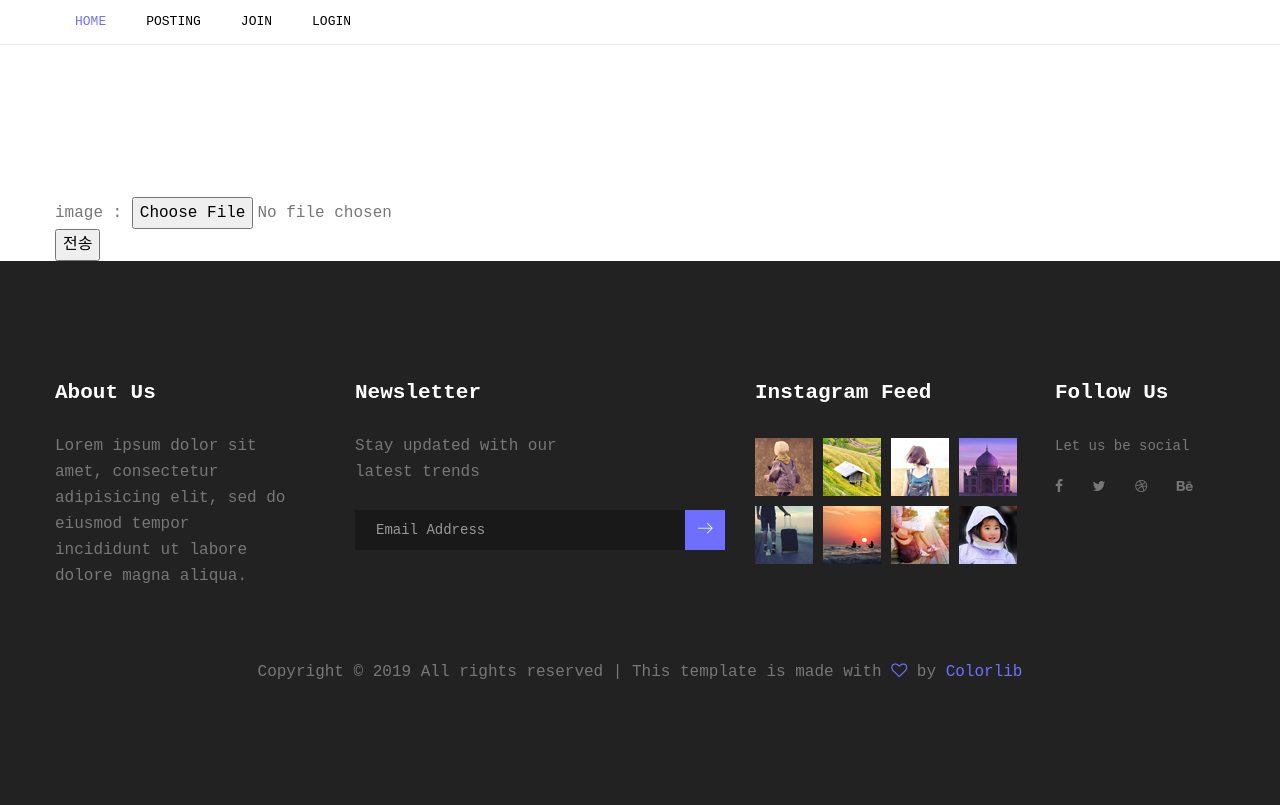
Repository: cwj2306/blog_project_2
Page: http://localhost/blog/user/userProfileForm.jsp
An editor plug-in stored every save of this project. The page is shown before and after the next save, followed by the edit.
The browser window is 1280 px wide. The pictures show the whole page.
Some web fonts or font styles are not loaded; a fallback is used. The page is served by Tomcat 9. Other server files are loaded and not shown.

Above is the page before, as saved 2019-11-12 04:42:28.

### blog/WebContent/user/userProfileForm.jsp
<%@ page language="java" contentType="text/html; charset=UTF-8" pageEncoding="UTF-8"%>
<%@ include file="/include/nav.jsp"%>

<section class="contact_area">
	<div class="container">
		<div class="row">
			<div class="col-lg-12">
				<!--
				<form class="row contact_form" action="/blog/user?cmd=update" method="post" onsubmit="return validateCheck()">
					<input type="hidden" name="id" value="${sessionScope.user.id}">

					<div class="col-md-12">
						<div class="form-group">
							<input type="text" class="form-control" value="${sessionScope.user.username}" name="username" placeholder="아이디" readonly="readonly">
						</div>
					</div>

					<div class="col-md-12">
						<div class="form-group">
							<input type="password" class="form-control" id="password" name="password" placeholder="비밀번호" required="required" maxlength="20">
						</div>
					</div>

					<div class="col-md-12">
						<div class="form-group">
							<input type="password" class="form-control" id="passwordCheck" name="passwordCheck" placeholder="비밀번호 확인" required="required" maxlength="20">
						</div>
					</div>

					<div class="col-md-12">
						<div class="form-group">
							<input type="email" class="form-control" value="${sessionScope.user.email}" name="email" placeholder="이메일" maxlength="40" readonly="readonly">
						</div>
					</div>

					<div class="col-md-12">
						<div class="form-group float-right">
							<a style="cursor:pointer;" class="blog_btn" href="#" onclick="goPopup()">주소 찾기</a>
						</div>
					</div>

					<div class="col-md-12">
						<div class="form-group">
							<input type="text" class="form-control" value="${sessionScope.user.address}"name="address" id="roadFullAddr" placeholder="도로명 주소" required="required" readonly="readonly">
						</div>
					</div>

					<div class="col-md-12 text-right">
						<button type="submit" value="submit" class="btn submit_btn">Save</button>
					</div>
					-->

				<div>
					<img id="img__wrap" />
				</div>

				<!-- enctype는 mime타입에서 찾아봐서 써주자 -->
				<form action="/blog/user?cmd=uploadProfileImg" method="POST" enctype="multipart/form-data">
					<input type="hidden" name="userId" value="${sessionScope.user.id}"/><br />
					image : <input id="img__input" type="file" name="userProfile" /><br />
					<input type="submit" value="전송" />
				</form>

				<script src="/blog/js/jquery-3.2.1.min.js"></script>
				<script>
					$("#img__input").on("change", handleImgFile);

					function handleImgFile(e) {

						var f = e.target.files[0];

						if (f.type.match("image.*")) {
							var reader = new FileReader();

							reader.onload = function(e) {
								console.log(e.target.result);
								$("#img__wrap").attr("src", e.target.result);
							}

							reader.readAsDataURL(f);
						} else {
							alert("이미지 파일이 아닙니다.");
							$("#img__wrap").attr("src", "");
						}

					}
				</script>

				</form>

			</div>
		</div>
	</div>
</section>

<%@ include file="/include/footer.jsp"%>

### blog/WebContent/include/nav.jsp
<%@ page language="java" contentType="text/html; charset=UTF-8" pageEncoding="UTF-8"%>
<%@ taglib prefix="c" uri="http://java.sun.com/jsp/jstl/core" %>

<!doctype html>
<html lang="en">
    <head>
        <!-- Required meta tags -->
        <meta charset="utf-8">
        <meta name="viewport" content="width=device-width, initial-scale=1, shrink-to-fit=no">
        <link rel="icon" href="/blog/img/favicon.png" type="image/png">
        <title>Opium Blog</title>
        <!-- Bootstrap CSS -->
        <link rel="stylesheet" href="/blog/css/bootstrap.css">
        <link rel="stylesheet" href="/blog/vendors/linericon/style.css">
        <link rel="stylesheet" href="/blog/css/font-awesome.min.css">
        <link rel="stylesheet" href="/blog/vendors/owl-carousel/owl.carousel.min.css">
        <link rel="stylesheet" href="/blog/vendors/lightbox/simpleLightbox.css">
        <link rel="stylesheet" href="/blog/vendors/nice-select/css/nice-select.css">
        <link rel="stylesheet" href="/blog/vendors/animate-css/animate.css">
        <link rel="stylesheet" href="/blog/vendors/jquery-ui/jquery-ui.css">
        <!-- main css -->
        <link rel="stylesheet" href="/blog/css/style.css">
        <link rel="stylesheet" href="/blog/css/responsive.css">
    </head>
    <body>

        <!--================Header Menu Area =================-->
        <header class="header_area">
			<div class="main_menu">
				<nav class="navbar navbar-expand-lg navbar-light">
					<div class="container box_1620">
						<!-- Brand and toggle get grouped for better mobile display -->
						<a class="navbar-brand logo_h" href="#"><img src="/blog/img/logo.png" alt=""></a>
						<button class="navbar-toggler" type="button" data-toggle="collapse" data-target="#navbarSupportedContent" aria-controls="navbarSupportedContent" aria-expanded="false" aria-label="Toggle navigation">
							<span class="icon-bar"></span>
							<span class="icon-bar"></span>
							<span class="icon-bar"></span>
						</button>

						<!-- Collect the nav links, forms, and other content for toggling -->
						<div class="collapse navbar-collapse offset" id="navbarSupportedContent">
							<ul class="nav navbar-nav menu_nav">
								<li class="nav-item active"><a class="nav-link" href="/blog/index.jsp">Home</a></li>
								<li class="nav-item"><a class="nav-link" href="/blog/board/write.jsp">Posting</a></li>

								<c:choose>
									<c:when test="${empty sessionScope.user}">
										<li class="nav-item"><a class="nav-link" href="/blog/user/join.jsp">Join</a></li>
										<li class="nav-item"><a class="nav-link" href="/blog/user/login.jsp">Login</a></li>
									</c:when>
									<c:otherwise>
										<li class="nav-item"><a class="nav-link" href="/blog/user/update.jsp">Profile</a></li>
										<li class="nav-item"><a class="nav-link" href="/blog/user?cmd=logout">Logout</a></li>
									</c:otherwise>
								</c:choose>

							</ul>
							<ul class="nav navbar-nav navbar-right header_social ml-auto">
								<!--
								<li class="nav-item"><a href="#"><i class="fa fa-facebook"></i></a></li>
								<li class="nav-item"><a href="#"><i class="fa fa-twitter"></i></a></li>
								<li class="nav-item"><a href="#"><i class="fa fa-dribbble"></i></a></li>
								<li class="nav-item"><a href="#"><i class="fa fa-behance"></i></a></li>
								 -->
								 <c:if test="${not empty sessionScope.user}">
								 	<a href="/blog/user/userProfileForm.jsp"><img src = "${sessionScope.user.userProfile}" width="40px" height="40px" style="border-radius: 50%;"/></a>
								 </c:if>

							</ul>
						</div>
					</div>
				</nav>
			</div>
        </header>
        <!--================Header Menu Area =================-->

### blog/WebContent/include/footer.jsp
<%@ page language="java" contentType="text/html; charset=UTF-8" pageEncoding="UTF-8"%>
<!--================ start footer Area  =================-->
<footer class="footer-area p_120">
	<div class="container">
		<div class="row">
			<div class="col-lg-3  col-md-6 col-sm-6">
				<div class="single-footer-widget">
					<h6 class="footer_title">About Us</h6>
					<p>Lorem ipsum dolor sit amet, consectetur adipisicing elit, sed do eiusmod tempor incididunt ut labore dolore magna aliqua.</p>
				</div>
			</div>
			<div class="col-lg-4 col-md-6 col-sm-6">
				<div class="single-footer-widget">
					<h6 class="footer_title">Newsletter</h6>
					<p>Stay updated with our latest trends</p>
					<div id="mc_embed_signup">
						<form target="_blank" action="https://spondonit.us12.list-manage.com/subscribe/post?u=1462626880ade1ac87bd9c93a&amp;id=92a4423d01" method="get" class="subscribe_form relative">
							<div class="input-group d-flex flex-row">
								<input name="EMAIL" placeholder="Email Address" onfocus="this.placeholder = ''" onblur="this.placeholder = 'Email Address '" required="" type="email">
								<button class="btn sub-btn">
									<span class="lnr lnr-arrow-right"></span>
								</button>
							</div>
							<div class="mt-10 info"></div>
						</form>
					</div>
				</div>
			</div>
			<div class="col-lg-3 col-md-6 col-sm-6">
				<div class="single-footer-widget instafeed">
					<h6 class="footer_title">Instagram Feed</h6>
					<ul class="list instafeed d-flex flex-wrap">
						<li><img src="/blog/img/instagram/Image-01.jpg" alt=""></li>
						<li><img src="/blog/img/instagram/Image-02.jpg" alt=""></li>
						<li><img src="/blog/img/instagram/Image-03.jpg" alt=""></li>
						<li><img src="/blog/img/instagram/Image-04.jpg" alt=""></li>
						<li><img src="/blog/img/instagram/Image-05.jpg" alt=""></li>
						<li><img src="/blog/img/instagram/Image-06.jpg" alt=""></li>
						<li><img src="/blog/img/instagram/Image-07.jpg" alt=""></li>
						<li><img src="/blog/img/instagram/Image-08.jpg" alt=""></li>
					</ul>
				</div>
			</div>
			<div class="col-lg-2 col-md-6 col-sm-6">
				<div class="single-footer-widget f_social_wd">
					<h6 class="footer_title">Follow Us</h6>
					<p>Let us be social</p>
					<div class="f_social">
						<a href="#"><i class="fa fa-facebook"></i></a>
						<a href="#"><i class="fa fa-twitter"></i></a>
						<a href="#"><i class="fa fa-dribbble"></i></a>
						<a href="#"><i class="fa fa-behance"></i></a>
					</div>
				</div>
			</div>
		</div>
		<div class="row footer-bottom d-flex justify-content-between align-items-center">
			<p class="col-lg-12 footer-text text-center">
				<!-- Link back to Colorlib can't be removed. Template is licensed under CC BY 3.0. -->
				Copyright &copy;
				<script>document.write(new Date().getFullYear());</script>
				All rights reserved | This template is made with <i class="fa fa-heart-o" aria-hidden="true"></i> by <a href="https://colorlib.com" target="_blank">Colorlib</a>
				<!-- Link back to Colorlib can't be removed. Template is licensed under CC BY 3.0. -->
			</p>
		</div>
	</div>
</footer>
<!--================ End footer Area  =================-->




<!-- Optional JavaScript -->
<!-- jQuery first, then Popper.js, then Bootstrap JS -->
<script src="/blog/js/jquery-3.2.1.min.js"></script>
<script src="/blog/js/popper.js"></script>
<script src="/blog/js/bootstrap.min.js"></script>
<script src="/blog/js/stellar.js"></script>
<script src="/blog/vendors/lightbox/simpleLightbox.min.js"></script>
<script src="/blog/vendors/nice-select/js/jquery.nice-select.min.js"></script>
<script src="/blog/vendors/isotope/imagesloaded.pkgd.min.js"></script>
<script src="/blog/vendors/isotope/isotope-min.js"></script>
<script src="/blog/vendors/owl-carousel/owl.carousel.min.js"></script>
<script src="/blog/vendors/jquery-ui/jquery-ui.js"></script>
<script src="/blog/js/jquery.ajaxchimp.min.js"></script>
<script src="/blog/js/mail-script.js"></script>
<script src="/blog/js/theme.js"></script>

</body>
</html>

### blog/WebContent/css/responsive.css
@media (max-width:1619px){
	/* Main Menu Area css
	============================================================================================ */
   .header_area .navbar .search {
		margin-left: 40px;
	}
	/* End Main Menu Area css
	============================================================================================ */
	.home_banner_area .blog_text_slider .owl-prev, .home_banner_area .blog_text_slider .owl-next {
		right: 0px;
		font-size: 30px;
	}
}
@media (max-width:1199px){
	/* Main Menu Area css
	============================================================================================ */
	.header_area + section, .header_area + div {
		margin-top: 143px;
	}
	.top_menu .container{
		display: block;
	}
	/* End Main Menu Area css
	============================================================================================ */
	/* Home Banner Area css
	============================================================================================ */
	.home_banner_area {
		min-height: 700px;
	}
	/* End Home Banner Area css
	============================================================================================ */
	.home_banner_area {
		background-size: cover;
	}
	.blog_text {
		padding: 65px 65px 65px 65px;
	}
	.banner_area {
		background-size: cover;
	}
	.blog_style1 .blog_text {
		padding-left: 15px;
		padding-right: 15px;
		padding-top: 0px;
		padding-bottom: 0px;
	}
}

@media (max-width:991px){
	/* Main Menu Area css
	============================================================================================ */
	.logo_part {
		display: none;
	}
    .navbar-toggler {
        border: none;
        border-radius: 0px;
        padding: 0px;
        cursor: pointer;
        margin-top: 27px;
        margin-bottom: 23px;
		float: right;
    }
	.header_area .navbar {
		background: #fff;
	}
    .navbar-toggler[aria-expanded="false"] span:nth-child(2) {
		opacity: 1;
	}
	.navbar-toggler[aria-expanded="true"] span:nth-child(2) {
		opacity: 0;
	}
	.navbar-toggler[aria-expanded="true"] span:first-child {
		transform: rotate(-45deg);
		position: relative;
		top: 7.5px;
	}
	.navbar-toggler[aria-expanded="true"] span:last-child {
		transform: rotate(45deg);
		bottom: 6px;
		position: relative;
	}
	.navbar-toggler span{
		display: block;
		width: 25px;
		height: 3px;
		background: #000;
		margin: auto;
		margin-bottom: 4px;
		transition: all 400ms linear;
		cursor: pointer;
	}
    .navbar .container{
        padding-left: 15px;
        padding-right: 15px;
    }
    .nav{
        padding: 0px 0px;
    }
	.header_area + section, .header_area + row, .header_area + div {
		margin-top: 117px;
	}
    .header_top .nav{
        padding: 0px;
    }
    .header_area .navbar .nav .nav-item .nav-link{
        line-height: 40px;
        margin-right: 0px;
        display: block;
		border-bottom: 1px solid #ededed33;
		border-radius: 0px;
    }
    .header_area .navbar .search{
        margin-left: 0px;
    }
	.header_area .navbar-collapse{
		max-height: 340px;
		overflow-y: scroll;
	}
	.header_area .navbar .nav .nav-item.submenu ul .nav-item .nav-link {
		padding: 0px 15px;
	}
	.header_area .navbar .nav .nav-item {
		margin-right: 0px;
	}
	.header_area + section, .header_area + row, .header_area + div {
		margin-top: 71px;
	}
	.main_menu .navbar .container_inner {
		display: block;
	}
	.main_menu .navbar .navbar-brand {
		display: inline-block;
		padding-top: 11px;
		width: 173px;
	}
	.main_menu .navbar .navbar-brand img {
		width: 100%;
	}
	/* End Main Menu Area css
	============================================================================================ */

	/* Contact Page Area css
	============================================================================================ */
	.contact_info{
		margin-bottom: 50px;
	}
	/* End Contact page Area css
	============================================================================================ */
	.home_banner_area .donation_inner{
		margin-bottom: -30px;
	}
	.single-footer-widget{
		margin-bottom: 30px;
	}
	.footer-area .row{
		margin-bottom: -30px;
	}
	/* Footer Area css
	============================================================================================ */
	/* End End Footer Area css
	============================================================================================ */
	.home_banner_area {
		background-size: cover;
		margin-bottom: 0px;
	}
	/* Extra header Area css
	============================================================================================ */
	/* End Extra header Area css
	============================================================================================ */

	.nav.navbar-nav.navbar-right.header_social{
		display: none;
	}

}
@media (max-width:767px){
	.home_banner_area {
		min-height: 500px;
	}
	.home_banner_area .banner_inner {
		min-height: 500px;
	}
	.home_banner_area .banner_inner .banner_content {
		margin-top: 0px;
	}
	/* Blog Page Area css
	============================================================================================ */
    .blog_banner .banner_inner .blog_b_text h2 {
		font-size: 40px;
		line-height: 50px;
	}
	.blog_info.text-right{
		text-align: left !important;
		margin-bottom: 10px;
	}
	/* End Blog Page Area css
	============================================================================================ */
	.home_banner_area .banner_inner .banner_content h3 {
		font-size: 30px;
	}
	.home_banner_area .banner_inner .banner_content p br {
		display: none;
	}
	/* Footer Area css
	============================================================================================ */
	.footer-bottom .footer-text{
		text-align: center;
	}
	.footer-bottom .footer-social {
		text-align: center;
		margin-bottom: 20px;
	}
	/* End End Footer Area css
	============================================================================================ */
	.blog_style1.small .blog_img img{
		width: 100%;
	}
}
@media (max-width:575px){

	.header_area + section, .header_area + row, .header_area + div {
		margin-top: 71px;
	}
	.top_menu {
		display: none;
	}

    /* Home Banner Area css
	============================================================================================ */
	.home_banner_area .banner_inner .banner_content h2 {
		font-size: 28px;
	}
	.home_banner_area {
		min-height: 500px;
	}
	.home_banner_area .banner_inner {
		min-height: 500px;
	}
	.blog_banner .banner_inner .blog_b_text {
		margin-top: 0px;
	}
	.home_banner_area .banner_inner .banner_content img{
		display: none;
	}
	.home_banner_area .banner_inner .banner_content h5 {
		margin-top: 0px;
	}
	.home_banner_area .banner_inner .banner_content .date a {
		margin-right: 8px;
	}
	/* End Home Banner Area css
	============================================================================================ */
	.p_120 {
		padding-top: 70px;
		padding-bottom: 70px;
	}
	.main_title h2 {
		font-size: 25px;
	}
	/* Elements Area css
	============================================================================================ */
	.sample-text-area {
		padding: 70px 0 70px 0;
	}
	/* End Elements Area css
	============================================================================================ */

	/* Blog Page Area css
	============================================================================================ */
	.blog_details h2 {
		font-size: 20px;
		line-height: 30px;
	}
	.blog_banner .banner_inner .blog_b_text h2 {
		font-size: 28px;
		line-height: 38px;
	}
	.banner_area .banner_inner .banner_content {
		margin-top: 0px;
	}
	/* End Blog Page Area css
	============================================================================================ */
	/* Footer Area css
	============================================================================================ */
	/* End End Footer Area css
	============================================================================================ */
	.pad_top {
		padding-top: 70px;
	}
	.mt-100 {
		margin-top: 50px;
	}
	.single-footer-widget p {
		max-width: 100%;
	}
	.p_100 {
		padding-top: 70px;
		padding-bottom: 70px;
	}
	.blog_style1 .blog_text .blog_text_inner {
		margin-top: 0px;
	}
	.blog_style1 .blog_text {
		padding-left: 0px;
		padding-right: 0px;
		padding-top: 0px;
		padding-bottom: 0px;
	}
	.blog_text .cat a {
		margin-right: 5px;
	}
	.blog_text .cat .cat_btn {
		display: block;
		width: 86px;
		margin-bottom: 10px;
	}
}

@media (max-width:480px){
	/* Main Menu Area css
	============================================================================================ */
	.header_area .navbar-collapse{
		max-height: 250px;
	}
	/* End Main Menu Area css
	============================================================================================ */

	/* Home Banner Area css
	============================================================================================ */
    .home_banner_area .banner_inner .banner_content {
		padding: 30px 15px;
		margin-top: 0px;
	}
	.banner_content .white_btn {
		display: block;
	}
	.home_banner_area .banner_inner .banner_content h3 {
		font-size: 24px;
	}
	.home_banner_area .carousel .carousel-indicators {
		bottom: -50px;
		z-index: 20;
	}
	/* End Home Banner Area css
	============================================================================================ */
	.banner_area .banner_inner .banner_content h2 {
		font-size: 32px;
	}
	/* Blog Page Area css
	============================================================================================ */
	.comments-area .thumb {
		margin-right: 10px;
	}

	/* End Blog Page Area css
	============================================================================================ */
	.home_banner_area .blog_text_slider .owl-prev {
		top: auto;
		bottom: 110px;
		transform: translateY(-0%);
		left: 10px;
	}
	.home_banner_area .blog_text_slider .owl-next {
		top: auto;
		bottom: 110px;
		right: 10px;
		transform: translateY(-0%);
	}
	.blog_text {
		padding: 60px 20px;
	}
}

Loaded but not shown: blog/WebContent/css/bootstrap.css (library); blog/WebContent/vendors/linericon/style.css (library); blog/WebContent/css/font-awesome.min.css (library); blog/WebContent/vendors/owl-carousel/owl.carousel.min.css (common file); blog/WebContent/vendors/lightbox/simpleLightbox.css (library); blog/WebContent/vendors/nice-select/css/nice-select.css (library); blog/WebContent/vendors/animate-css/animate.css (library); blog/WebContent/vendors/jquery-ui/jquery-ui.css (library); blog/WebContent/js/jquery-3.2.1.min.js (library); blog/WebContent/js/popper.js (library); blog/WebContent/js/bootstrap.min.js (library); blog/WebContent/js/stellar.js (library); blog/WebContent/vendors/lightbox/simpleLightbox.min.js (library); blog/WebContent/vendors/nice-select/js/jquery.nice-select.min.js (common file); blog/WebContent/vendors/isotope/imagesloaded.pkgd.min.js (library); blog/WebContent/vendors/isotope/isotope-min.js (library); blog/WebContent/vendors/owl-carousel/owl.carousel.min.js (library); blog/WebContent/vendors/jquery-ui/jquery-ui.js (library); blog/WebContent/js/jquery.ajaxchimp.min.js (library); blog/WebContent/js/theme.js (283 lines, source omitted); blog/WebContent/js/mail-script.js (31 lines, source omitted); blog/WebContent/css/style.css (3904 lines, source omitted)

After the next save:
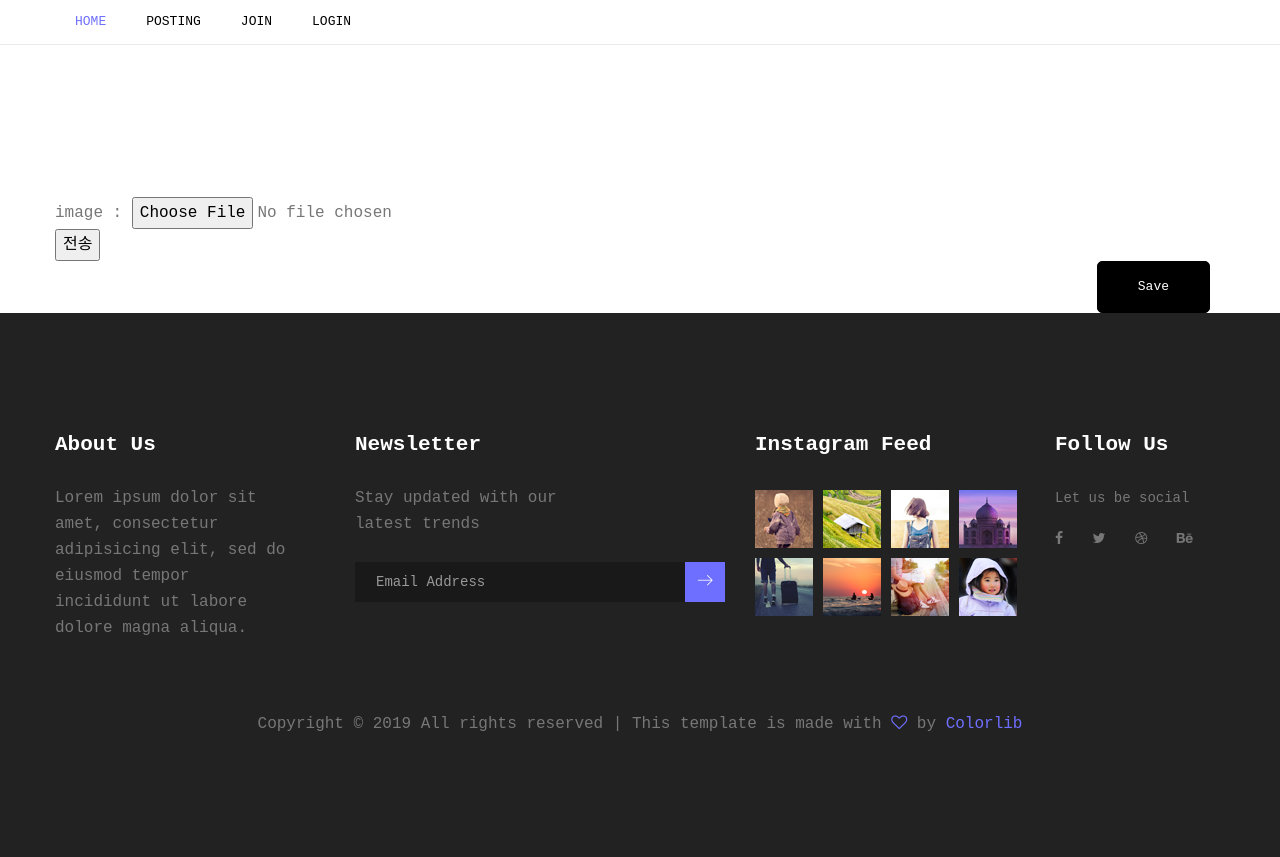
Saved 108 s later.
--- a/blog/WebContent/user/userProfileForm.jsp
+++ b/blog/WebContent/user/userProfileForm.jsp
@@ -59,6 +59,9 @@
 					<input type="hidden" name="userId" value="${sessionScope.user.id}"/><br />
 					image : <input id="img__input" type="file" name="userProfile" /><br />
 					<input type="submit" value="전송" />
+					<div class="col-md-12 text-right">
+							<button type="submit" value="submit" class="btn submit_btn">Save</button>
+						</div>
 				</form>
 
 				<script src="/blog/js/jquery-3.2.1.min.js"></script>
